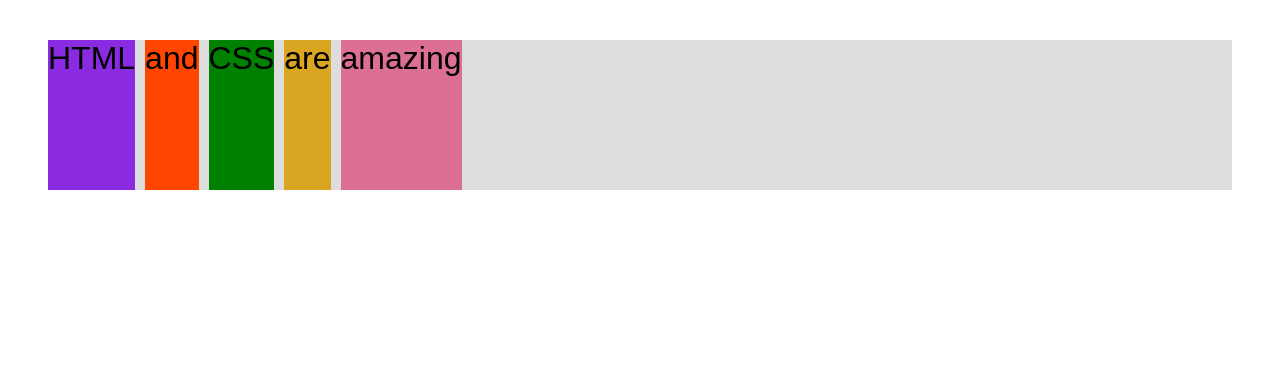
Repository: nghiakma/HTML-CSS-Fundamental
Page: HTML/flexbox.html
An editor plug-in stored every save of this project. The page is shown before and after the next save, followed by the edit.
The browser window is 1280 px wide. The pictures show the whole page.

Above is the page before, as saved 2023-08-23 18:59:10.

After the next save:
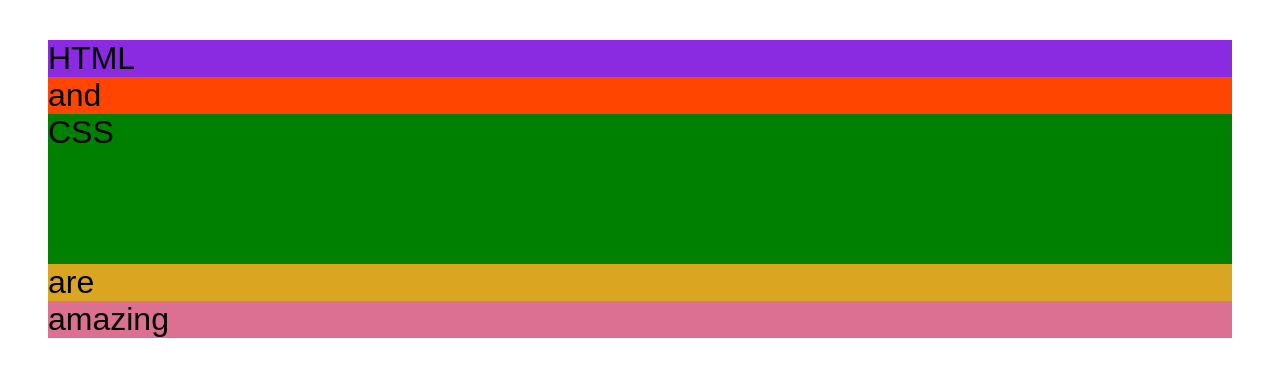
Saved 19 s later.
--- a/HTML/flexbox.html
+++ b/HTML/flexbox.html
@@ -69,13 +69,14 @@
       background-color: #ddd;
       font-size: 32px;
       margin: 40px;
-      display: flex;
+      /* display: flex;
       gap: 10px;
       /* FLEXBOX */
       /*Chieu cao cua cac phan tu tu dong keo dai bang phan tu cao nhat*/
       /* align-items: stretch; */
       /* align-items: center; */
       justify-content: flex-start;
+      */
     }
   </style>
 </head>

After the save that followed:
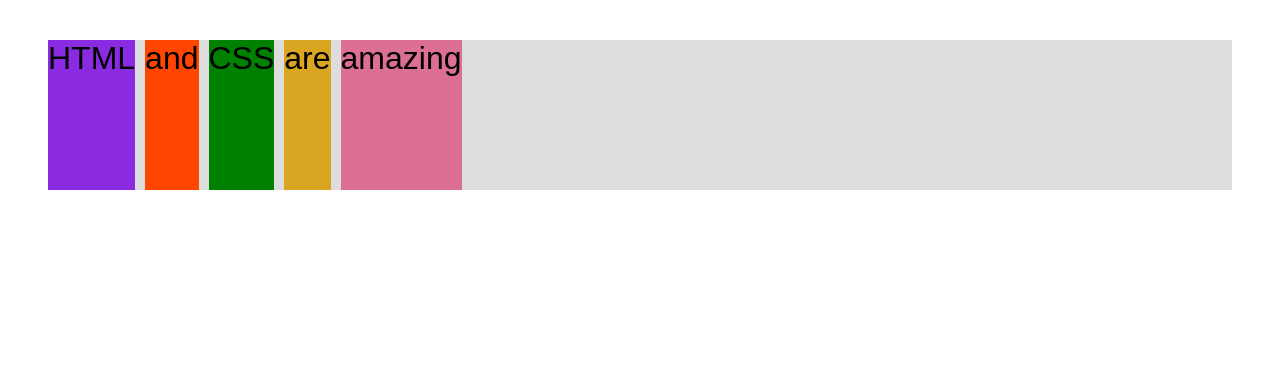
Saved 12 s later.
--- a/HTML/flexbox.html
+++ b/HTML/flexbox.html
@@ -69,14 +69,14 @@
       background-color: #ddd;
       font-size: 32px;
       margin: 40px;
-      /* display: flex;
+      display: flex;
       gap: 10px;
       /* FLEXBOX */
       /*Chieu cao cua cac phan tu tu dong keo dai bang phan tu cao nhat*/
       /* align-items: stretch; */
       /* align-items: center; */
       justify-content: flex-start;
-      */
+
     }
   </style>
 </head>
